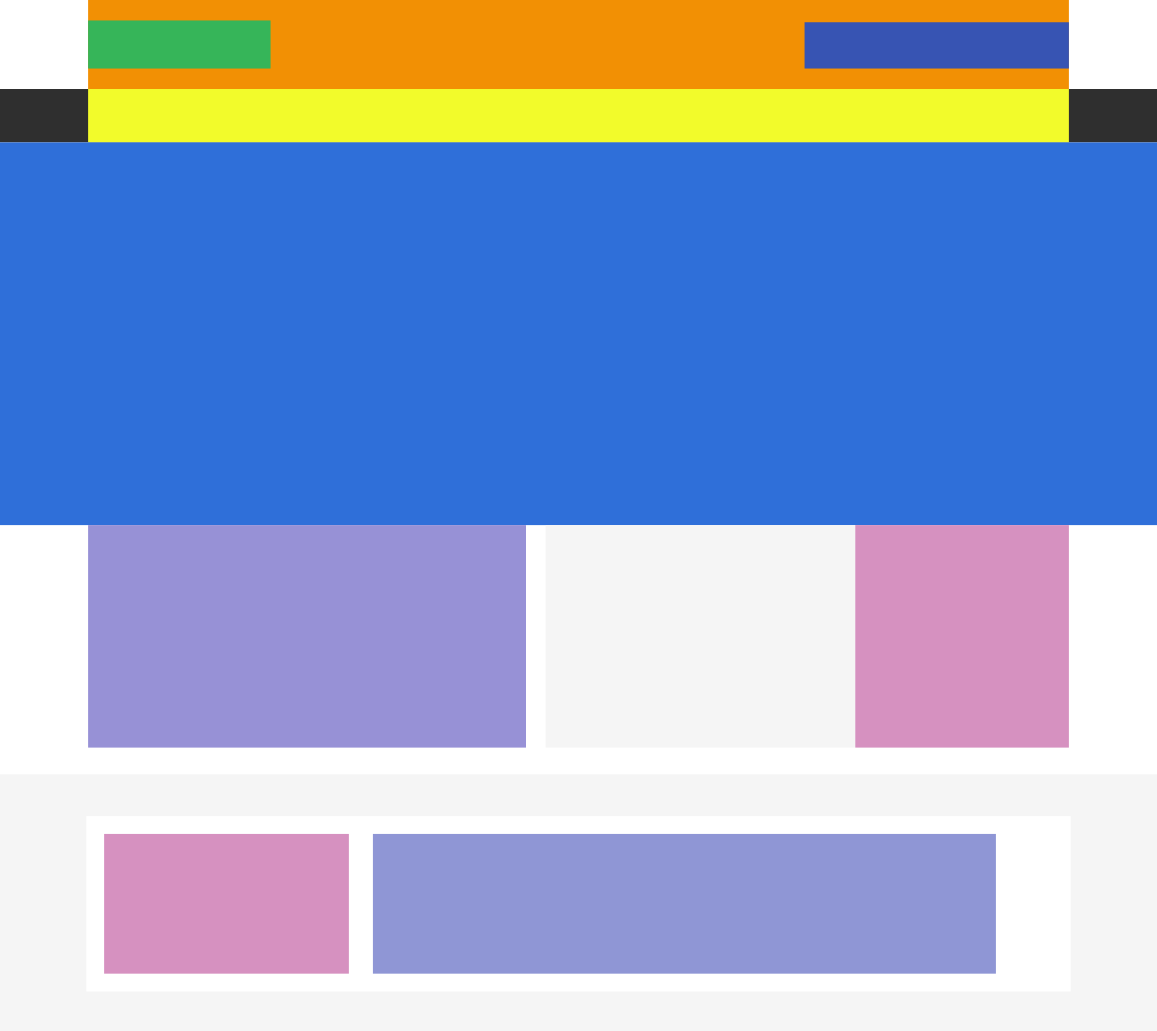
Repository: A1LExX/H5_study_set
Page: day04/扣丁.html
The author's editor kept a copy of each file at every save. The page is drawn from the files as they stood at one save, then again after the next save.
The browser window is 1280 px wide. The page is 1300 px wide, so the pictures cover 1300 px, including what lies to the right of the window. The pictures show the whole page, at 89% of full size.

Above is the page before, as saved 2021-06-24 20:36:06.

After the next save:
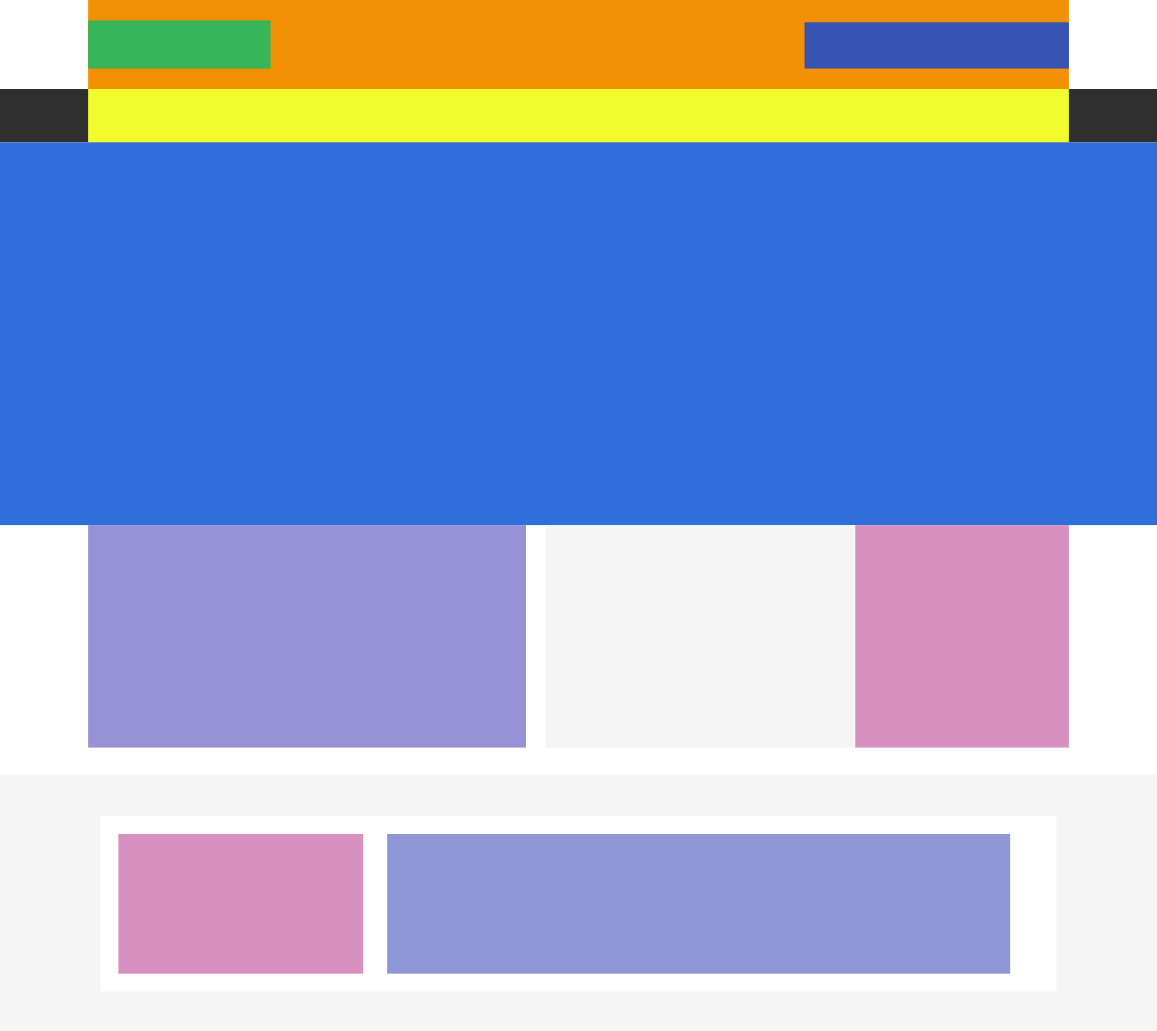
Saved 10 s later.
--- a/day04/css/codingke.css
+++ b/day04/css/codingke.css
@@ -2,7 +2,7 @@
  * @author [Alex Wei]
  * @email [w2262196@outlook.com]
  * @create date 2021-06-24 13:00:50
- * @modify date 2021-06-24 20:36:06
+ * @modify date 2021-06-24 20:36:16
  * @desc [description]
  */
 *{
@@ -86,7 +86,7 @@
     overflow: hidden;
 }
 .out3{
-    width: 1054px;
+    width: 1022px;
     height: 157px;
     background: #ffffff;
     margin: 0 auto;
